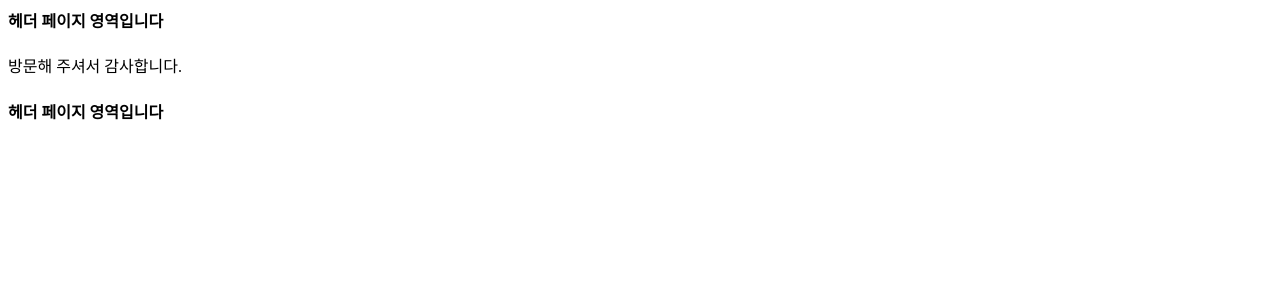
Repository: ekslffh/jsp-project
Page: http://localhost/JSPBook/ch03/include02.jsp
An editor plug-in stored every save of this project. The page is shown before and after the next save, followed by the edit.
The browser window is 1280 px wide. The pictures show the whole page.
The page is served by Tomcat 9. Other server files are loaded and not shown.

Above is the page before, as saved 2022-07-01 14:47:29.

### JSPBook/src/main/webapp/ch03/include02.jsp
<%@ page contentType="text/html; charset=utf-8" %>
<html>
<head>
<title>Directives Tag</title>
</head>
<body>
	<%@ include file="include02_header.jsp" %>
	<p>방문해 주셔서 감사합니다.</p>
	<%@ include file="include02_footer.jsp" %>
</body>
</html>

### JSPBook/src/main/webapp/ch03/include02_header.jsp
<%@ page contentType="text/html; charset=utf-8" %>
<html>
<head>
<title>Directives Tag</title>
</head>
<body>
	<h4>헤더 페이지 영역입니다</h4>
</body>
</html>

### JSPBook/src/main/webapp/ch03/include02_footer.jsp
<%@ page contentType="text/html; charset=utf-8" %>
<html>
<head>
<title>Directives Tag</title>
</head>
<body>
	<h4>헤더 페이지 영역입니다</h4>
</body>
</html>

After the next save:
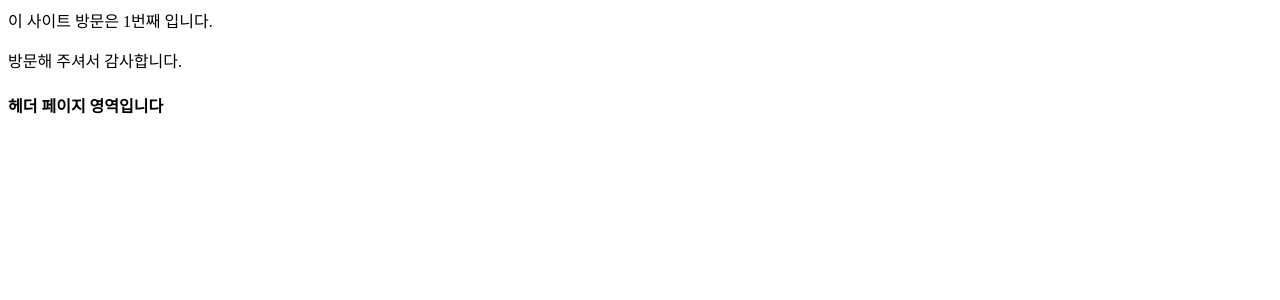
Saved 3 min 10 s later.
--- a/JSPBook/src/main/webapp/ch03/include02_header.jsp
+++ b/JSPBook/src/main/webapp/ch03/include02_header.jsp
@@ -1,9 +1,11 @@
 <%@ page contentType="text/html; charset=utf-8" %>
-<html>
-<head>
-<title>Directives Tag</title>
-</head>
-<body>
-	<h4>헤더 페이지 영역입니다</h4>
-</body>
-</html>
+<%!
+	int pageCount = 0;
+	void addCount() {
+		pageCount++;
+	}
+%>
+<%
+	addCount();
+%>
+<p>이 사이트 방문은 <%= pageCount %>번째 입니다.</p>
